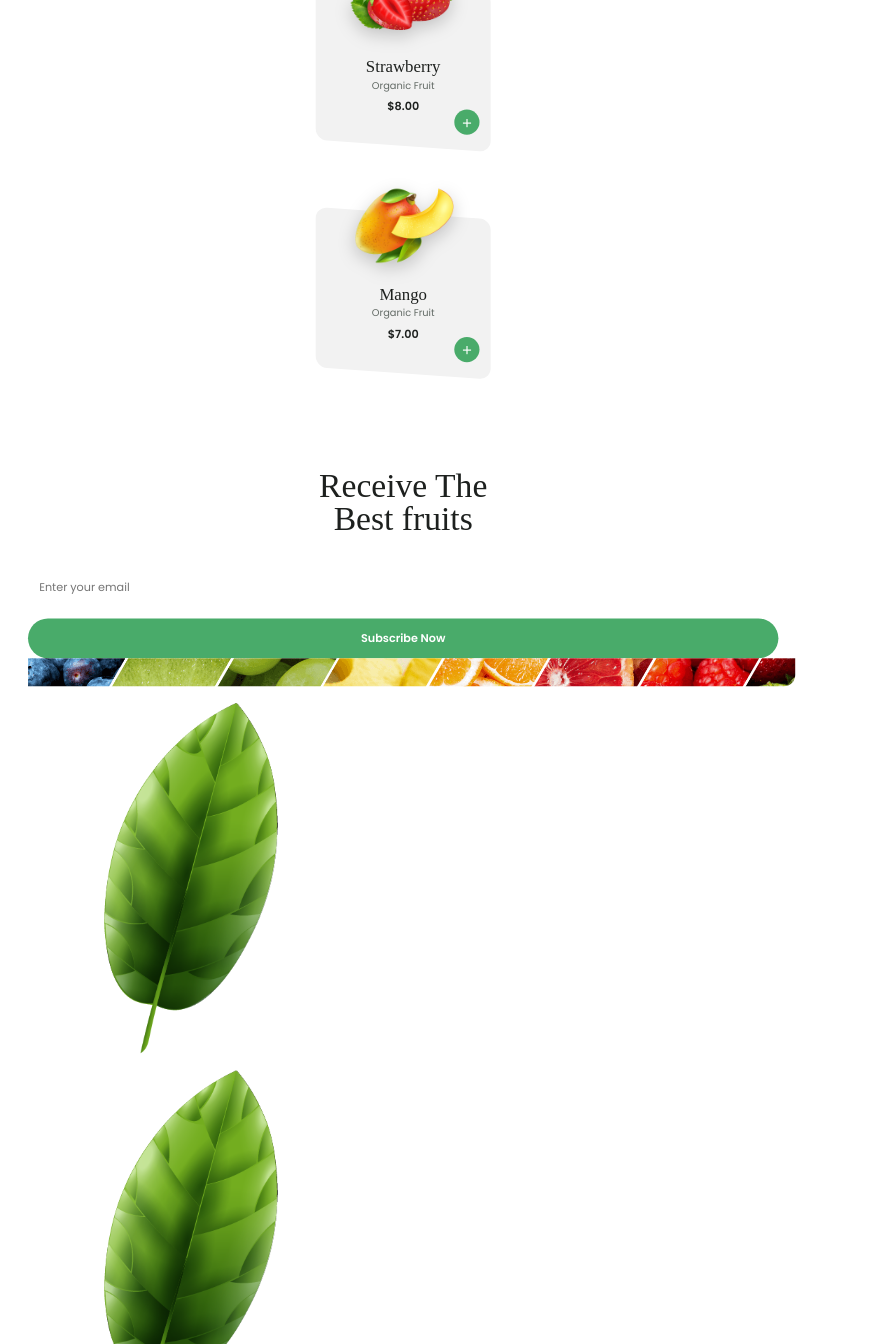
Repository: dinhhaidh/fruit
Page: index.html
An editor plug-in stored every save of this project. The page is shown before and after a run of saves, followed by the edit.
The browser window is 1280 px wide. The pictures show the part of the page from y = 3958 to 5878 px (the page is 6069 px tall), at 70% of full size.
Some web fonts or font styles are not loaded; a fallback is used.

Above is the page before, as saved 2024-02-19 09:58:41.
Console error: ReferenceError: ScrollReveal is not defined

After the next 4 saves:
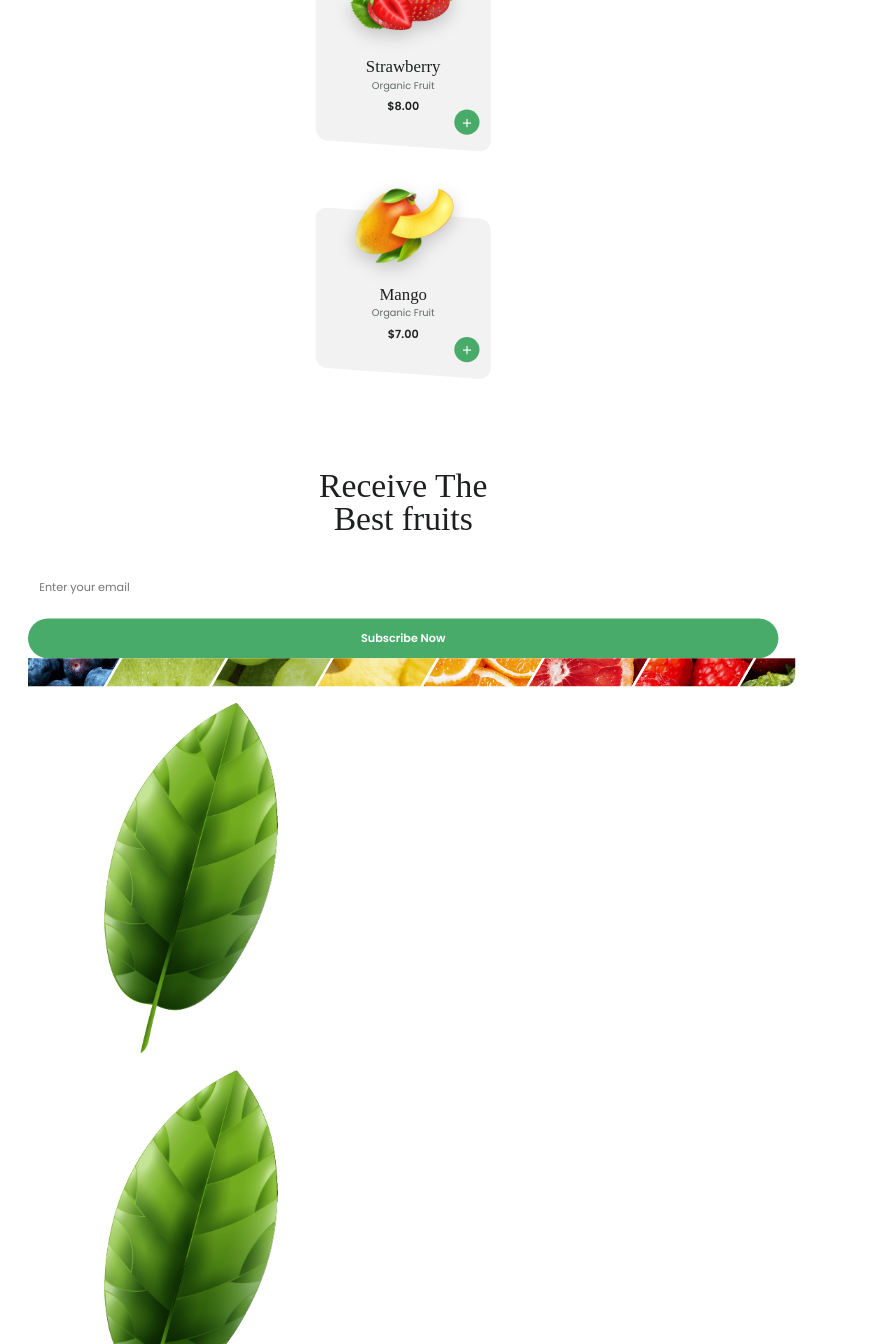
The 4 saves are shown as one change because they came seconds apart.
The last was saved 11 s later.
--- a/css/style.css
+++ b/css/style.css
@@ -495,6 +495,8 @@ img {
 .join__bg{
     position: absolute;
     width: 100%;
+    height: 100%;
+    object-fit: cover;
 
 }
 .button{
